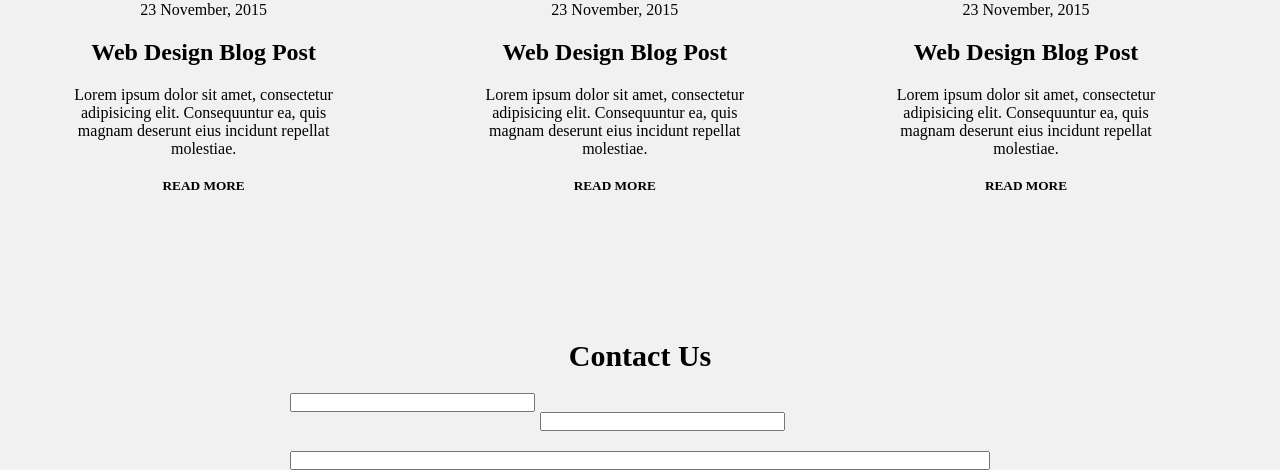
Repository: Ahmedalid/New-project
Page: Rout/index.html
The author's editor kept a copy of each file at every save. The page is drawn from the files as they stood at one save, then again after the next save.
The browser window is 1280 px wide. The pictures show the part of the page from y = 3461 to 3931 px (the page is 3931 px tall before and 3912 px after).
A picture or video elsewhere on the page could not be fetched, so the positions and the page height are approximate.

Above is the page before, as saved 2023-05-24 19:49:28.

### Rout/index.html
<!DOCTYPE html>
<html lang="en">

<head>
    <meta charset="UTF-8">
    <meta http-equiv="X-UA-Compatible" content="IE=edge">
    <meta name="viewport" content="width=device-width, initial-scale=1.0">
    <link rel="stylesheet" href="https://cdnjs.cloudflare.com/ajax/libs/font-awesome/6.4.0/css/all.min.css">
    <link rel="stylesheet" href="css/style.css">
    <title>Document</title>
</head>

<body>
    <div class="bg-img" style="background-image: url(img/slider-02.jpg);">

        <div class="container pt">
            <div class="header-nav logo-nav">
                <h2>Fokir</h2>
            </div>
            <div class="header-nav">
                <ul>
                    <li><span class="nav-home">Home</span></li>
                    <li>About</li>
                    <li>Services </li>
                    <li>Portfolio</li>
                    <li>Testimonial</li>
                    <li>Blog </li>
                    <li>Contact</li>


                </ul>

            </div>
        </div>
        <div class="auto container">
            <h4 class="mt">Hello i'm</h4>
            <h1 class="mt">ALEX SMITH</h1>
            <p class="mt">Professional Web DesignerDesignerDeveloper</p>
        </div>

    </div>
    <div class="section-mt">
        <div class="section-2 container ">
            <div class="element-1">
                <span>
                    <img src="img/work-7.jpg" alt="Work-7">
                </span>
            </div>
            <div class="element-1">
                <h1><span>I</span>HELLO,</h1>
                <p class="mt">
                    Lorem ipsum dolor sit amet, consectetur adipisicing elit, sed do eiusmod tempor incididunt ut labore
                    et dolore magna aliqua. Ut enim ad minim veniam, quis nostrud exercitation ullamco laboris nisi ut
                    aliquip ex ea commodo consequat. Duis aute irure dolor in reprehenderit in voluptate velit esse
                    cillum dolore eu fugiat nulla pariatur. Excepteur sint occaecat cupidatat non proident, sunt in
                    culpa qui officia deserunt mollit anim id est laborum.
                </p>
                <div class="mt border"> </div>
                <div class="Name mt">
                    <div class="mt">Name: Rdam smith</div>
                    <div class="mt">Age: 26 Year</div>
                    <div class="mt">Freelance: Available</div>
                </div>
                <div class="Name mt">
                    <div class="mt">Job Title: UI/UX Designe</div>
                    <div class="mt">Location: United States, US</div>
                    <div class="mt">E-mail: example@gmail.com</div>
                </div>
                <div class="mt">
                    <button class="btn">Download CV <span><i class="fa fa-download"
                                aria-hidden="true"></i></span></button>

                    <button class="btn">Hire My <span><i class="fa fa-paper-plane"
                                aria-hidden="true"></i></span></button>
                </div>


            </div>
        </div>
    </div>
    <!-- section-3 -->
    <div class="section-bg">
        <section class="section-mt  ">
            <h1 class="pt">Our Services</h1>
            <div class="mt ">
                <div class="Services text-center">
                    <span class="mt"><i class="fa-solid fa-pen text-color"></i></span>
                    <h2 class="mt">UI/UX DESIGN</h2>
                    <p class="mt"> Lorem ipsum dolor sit amet, consectetur adipisicing elit. Ratione adipisci mollitia
                        quis
                        necstatibus.</p>
                </div>
                <div class="Services text-center">
                    <span class="mt"><i class="fa-solid fa-pen text-color"></i></span>
                    <h2 class="mt">APP DEVELOPMENT</h2>
                    <p class="mt"> Lorem ipsum dolor sit amet, consectetur adipisicing elit. Ratione adipisci mollitia
                        quis
                        necstatibus.</p>
                </div>
                <div class="Services text-center">
                    <span class="mt"><i class="fa-solid fa-pen text-color"></i></span>
                    <h2 class="mt">PRODUCT DESIGN</h2>
                    <p class="mt"> Lorem ipsum dolor sit amet, consectetur adipisicing elit. Ratione adipisci mollitia
                        quis
                        necstatibus.</p>
                </div>
                <div class="Services text-center">
                    <span class="mt"><i class="fa-solid fa-pen text-color"></i></span>
                    <h2 class="mt">UI/UX DESIGN</h2>
                    <p class="mt"> Lorem ipsum dolor sit amet, consectetur adipisicing elit. Ratione adipisci mollitia
                        quis
                        necstatibus.</p>
                </div>

            </div>
        </section>
    </div>
    <!-- section-4 -->
    <div class="">
        <section class="section-mt  ">
            <h1 class="pt">Our Portfolio</h1>
            <div class="text-center">
                <p class="p-Our">All</p>
                <p class="p-Our">GRAPHIC</p>
                <p class="p-Our">WEB DESIGN</p>
                <p class="p-Our">PRADNIG</p>
            </div>
            <div class="mt container">
                <div class="Portfolio text-center">
                    <span>
                        <img src="img/1.jpg" alt="">
                    </span>
                </div>
                <div class="Portfolio text-center">
                    <span>
                        <img src="img/2.jpg" alt="">
                    </span>
                </div>
                <div class="Portfolio text-center">
                    <span>
                        <img src="img/3.jpg" alt="">
                    </span>
                </div>
                <div class="Portfolio text-center">
                    <img src="img/5.jpg" alt="">
                </div>
                <div class="Portfolio text-center">
                    <img src="img/4.jpg" alt="">
                </div>
                <div class="Portfolio text-center">
                    <img src="img/6.jpg" alt="">
                </div>

            </div>
        </section>
    </div>

    <div class="section-bg">
        <section class="section-mt  ">
            <div class="mt ">
                <div class="Services text-center">
                    <span class="mt"><i class="fa-solid fa-pen text-color"></i></span>
                    <h2 class="mt">7</h2>
                    <p class="mt">Lorem, ipsum dolor.</p>
                </div>
                <div class="Services text-center">
                    <span class="mt"><i class="fa-solid fa-pen text-color"></i></span>
                    <h2 class="mt">9</h2>
                    <p class="mt"> Lorem ipsum dolor sit..</p>
                </div>
                <div class="Services text-center">
                    <span class="mt"><i class="fa-solid fa-pen text-color"></i></span>
                    <h2 class="mt">5</h2>
                    <p class="mt">Lorem ipsum dolor sit..</p>
                </div>
                <div class="Services text-center">
                    <span class="mt"><i class="fa-solid fa-pen text-color"></i></span>
                    <h2 class="mt">7</h2>
                    <p class="mt"> Lorem, ipsum dolor.</p>
                </div>

            </div>
        </section>
    </div>
    <section class="section-mt">
        <h1 class="text-center">Client's Feedback</h1>
        <div class="text-center mt">
            <img src="img/2 (1).jpg" alt="" class="w-3">
        </div>
    </section>
    <div class="section-bg">
        <section class="section-mt  ">
            <h1 class="pt">Our Blog</h1>
            <div class="mt ">
                <div class="Blog text-center">
                    <span class="mt">
                        <img src="img/1 (1).jpg" alt="">
                    </span>
                    <p class="mt">23 November, 2015</p>
                    <h2 class="mt"> Web Design Blog Post </h2>
                    <p class="mt">Lorem ipsum dolor sit amet, consectetur adipisicing elit. Consequuntur ea, quis magnam deserunt
                        eius incidunt repellat molestiae.</p>
                        <h5 class="mt">READ MORE </h5>


                </div>
                <div class="Blog text-center">
                    <span class="mt">
                        <img src="img/1 (1).jpg" alt="">
                    </span>
                    <p class="mt">23 November, 2015</p>
                    <h2 class="mt"> Web Design Blog Post </h2>
                    <p class="mt">Lorem ipsum dolor sit amet, consectetur adipisicing elit. Consequuntur ea, quis magnam deserunt
                        eius incidunt repellat molestiae.</p>
                        <h5 class="mt">READ MORE </h5>


                </div>
                <div class="Blog text-center">
                    <span class="mt">
                        <img src="img/1 (1).jpg" alt="">
                    </span>
                    <p class="mt">23 November, 2015</p>
                    <h2 class="mt"> Web Design Blog Post </h2>
                    <p class="mt">Lorem ipsum dolor sit amet, consectetur adipisicing elit. Consequuntur ea, quis magnam deserunt
                        eius incidunt repellat molestiae.</p>
                        <h5 class="mt">READ MORE </h5>


                </div>



            </div>
        </section>
        <section class="section-mt">
            <div class="text-center">
                <h1>Contact Us</h1>

            </div>
            <div class="Contact">
                <div class="mt">
                    <input type="text" class="w-5" name="" id="">
                <input type="text" name="" id="" class="w-5 input-l">
                <input type="text" class="w-10 mt" name="" id="">
                </div>
            </div>
        </section>
    </div>
</body>

</html>

### Rout/css/style.css
*{
    margin: 0;
    padding: 0;
    box-sizing: border-box;
}
.container{
    margin: auto 111px;
}
.bg-img{
    background-repeat: no-repeat;
    background-size: cover;
    height: 100vh;
}
.header-nav{
    display: inline-block;
    width: 49%;
    color: white;
}
.pt{
    padding-top: 25px;
}
.mt{
    margin-top: 20px;
}
.logo-nav h2{
    color: #ff305b;
    font-weight: bold;
    cursor: pointer;
    transition: 1.5s;
}
.logo-nav h2:hover{
    text-decoration: underline;
}
.header-nav ul li{
    display: inline-block;
    padding-left: 17px;
}
.nav-home{
    color: #ff305b;
}
.header-nav ul li:hover{
    text-decoration: underline;
    color: #ff305b;
    cursor: pointer;
}
.auto{
    /* margin: auto; */
    padding-top: 230px;
    color: white;
    text-align: center;
    font-weight: bold;
}
.element-1{
    display: inline-block;
    width: 49%;
    vertical-align: top;
}
.element-1 h1 span{
    color: #ff305b;
}
.border{
    border: dotted 1px black;
}
.Name{
    display: inline-block;
    width: 48%;
}
.section-mt{
    margin-top: 30px;
}
.btn{
    border: none;
    outline: none;
    background-color: #ff305b;
    color: white;
    padding: 12px;
    border-radius: 10px;
    cursor: pointer;
    transition: 0.5s;
}
.btn:hover{
    background-color: #ec2403;
}
.btn span i{
    margin-left: 7px;
}
.section-mt h1{
    text-align: center;
    font-size: 30px;
    font-weight: bold;
    padding-top: 100px;
}
.section-bg{
    background-color: #f1f1f1;

}
.Services{
    margin: auto 50px;
    display: inline-block;
    width: 15%;
    padding: 15px;
    cursor: pointer;
    transition: width 2s;
}
.text-color{
    color: #ff305b;
}
.text-center{
    text-align: center;
}
.Services:hover{
    background-color: white;
    width: 20%;

}

.Portfolio{
    /* margin: auto 50px; */
    display: inline-block;
    width: 33%;
    /* padding: 15px; */
    cursor: pointer;
    transition: width 2s;
}
img{
    width: 100%;
}
.p-Our{
    display: inline-block;
    text-align: center;
    margin-top: 15px;
    padding-left: 20px;
    transition: all 0.5s;
    cursor: pointer;
}
.p-Our:hover{
    border-bottom: 1px solid #ff305b;
}
.w-3{
    width: 30%;
}
.Blog{
    margin: auto 50px;
    display: inline-block;
    width: 24%;
    padding: 15px;
    cursor: pointer;
    transition: width 2s;
}
.Contact{
    margin: auto 290px;
}
.w-5{
    width: 35%;
}
.w-10{
    width: 100%;
}
.input-l{
    margin-left: 250px;
}

After the next save:
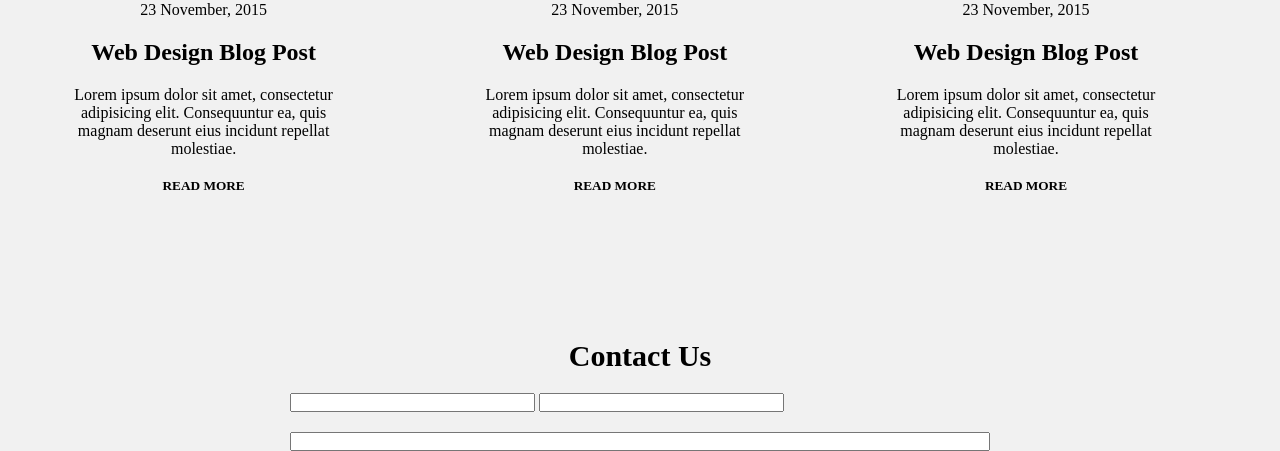
Saved 13 s later.
--- a/Rout/css/style.css
+++ b/Rout/css/style.css
@@ -157,5 +157,5 @@ img{
     width: 100%;
 }
 .input-l{
-    margin-left: 250px;
+    /* margin-left: 250px; */
 }
